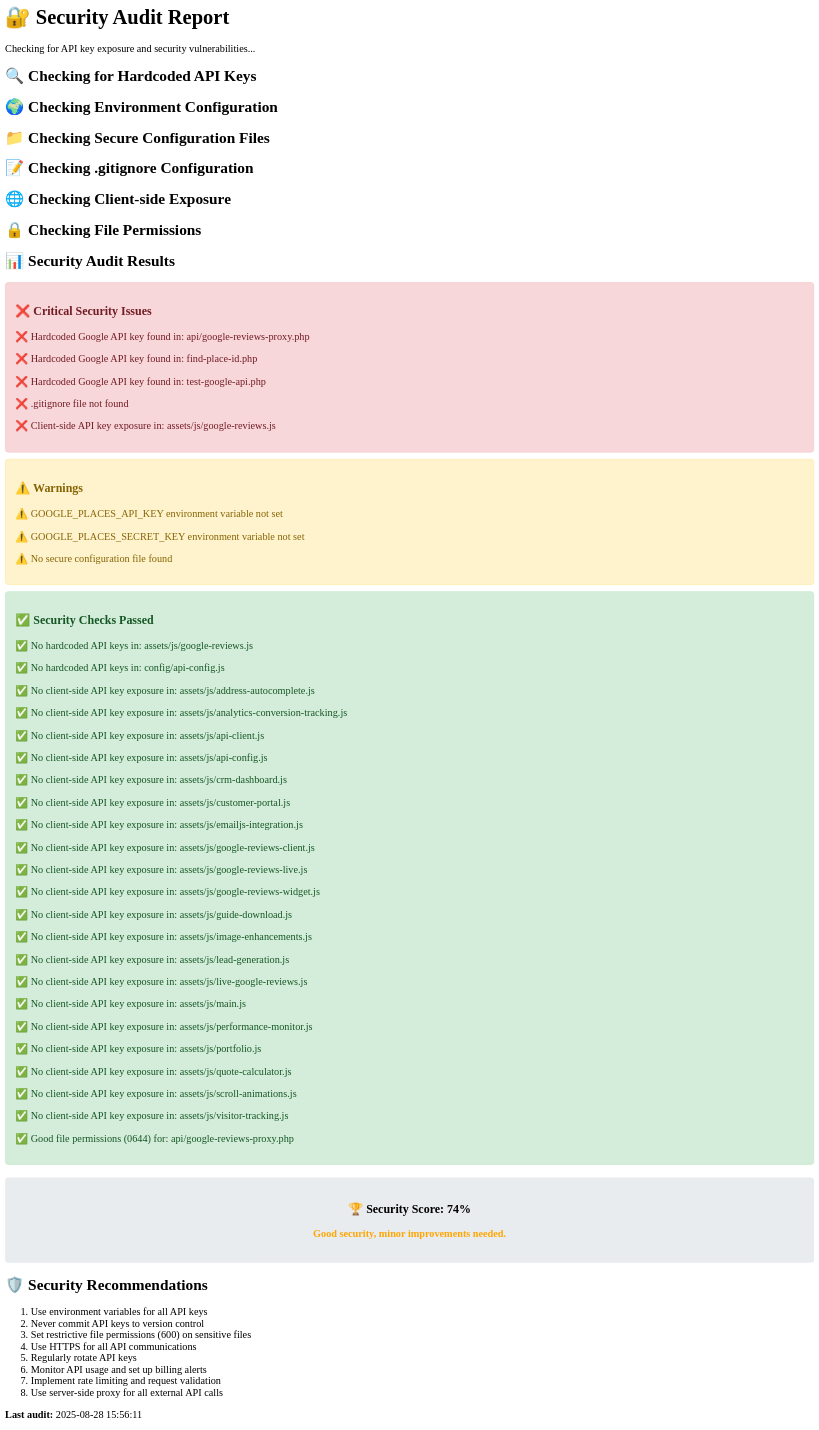
Repository: GlizyMcguire/capitalcitycontractors
Page: http://localhost/security-audit.php
The author's editor kept a copy of each file at every save. The page is drawn from the files as they stood at one save, then again after the next save.
The browser window is 1280 px wide. The pictures show the whole page, at 64% of full size.
The page is run by PHP 8.4 with error messages shown; the project is at /var/www/html/.

Above is the page before, as saved 2025-08-28 21:17:35.

After the next save:
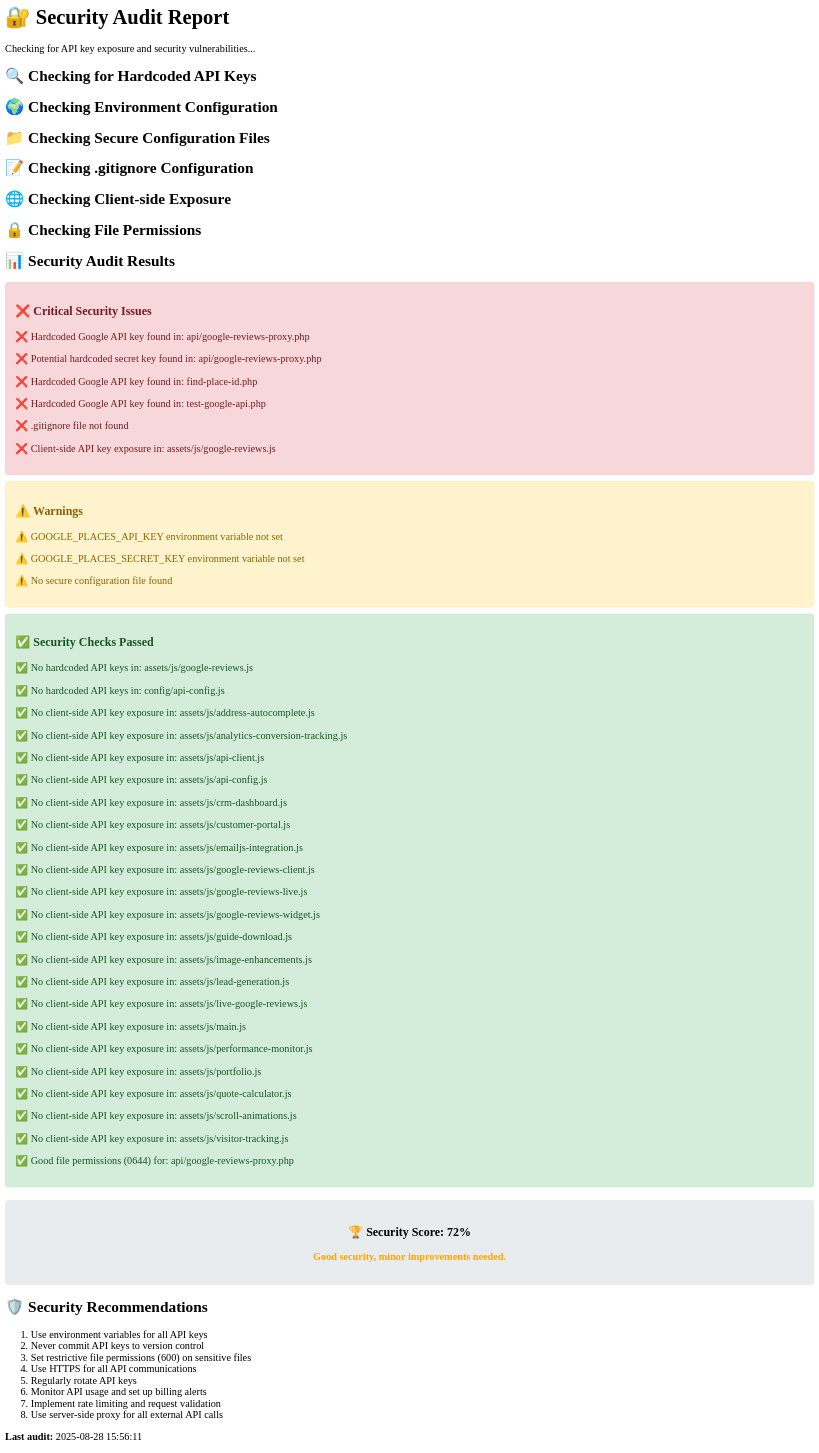
Saved 2 min 28 s later.
--- a/api/google-reviews-proxy.php
+++ b/api/google-reviews-proxy.php
@@ -38,6 +38,7 @@ function getCorrectPlaceId() {
 // Configuration
 $config = [
     'api_key' => getenv('GOOGLE_PLACES_API_KEY') ?: 'AIzaSyCoeZ8b6mDNFaLVbqTx5H9FgNjpTBbWW1s',
+    'secret_key' => getenv('GOOGLE_PLACES_SECRET_KEY') ?: '1t1Jpxqi2j3TufvwV4QjWV376KU=',
     'place_id' => getCorrectPlaceId(), // Capital City Contractors Place ID
     'business_profile_id' => '3886356099819080585',
     'store_code' => '15922219453360051580',
